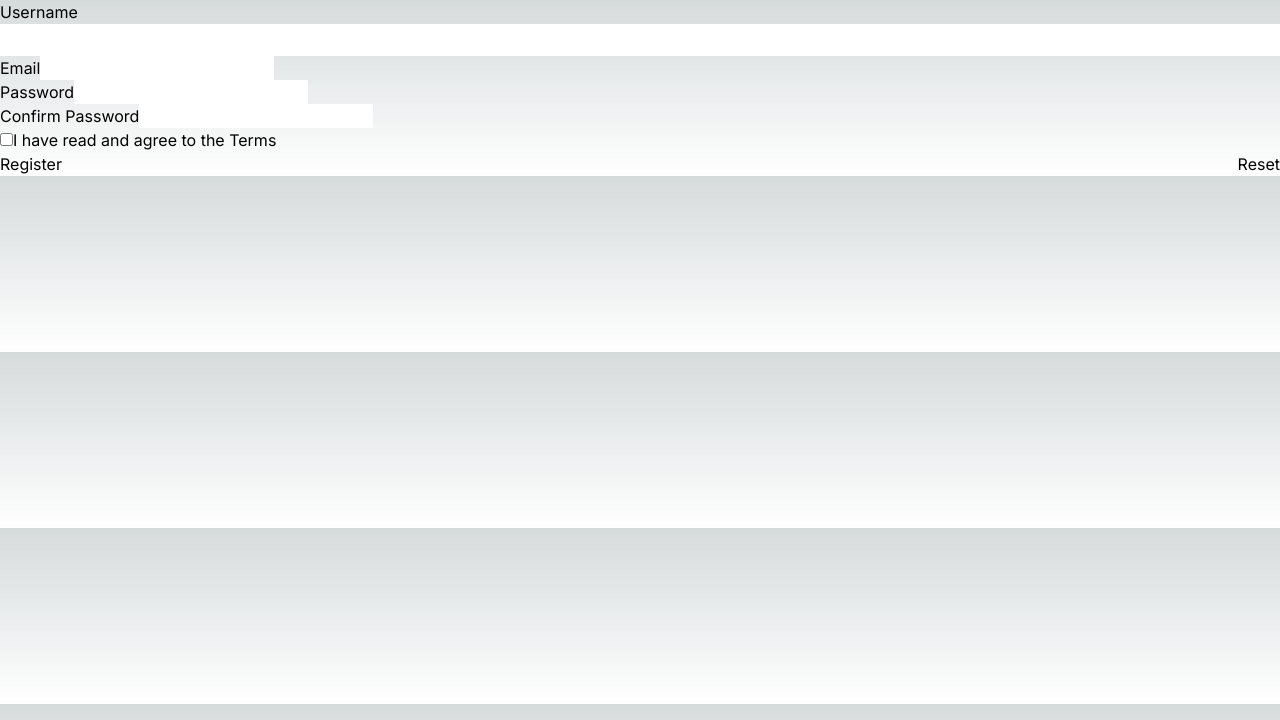
Repository: uh-sman/tiktok-card
Page: /
An editor plug-in stored every save of this project. The page is shown before and after the next save, followed by the edit.
The browser window is 1280 px wide. The pictures show the whole page.
The project was rebuilt for these pictures with package versions that can differ from the ones it lists, and the page was loaded fresh each time. The framework's server and built-in components were replaced by stand-ins that run in the browser. Also part of the build but not shown: next.config.js.

Above is the page before, as saved 2023-12-19 13:45:15.

### app/page.tsx
'use client'
// import Input from "./components/Input";
import { FieldValues, SubmitHandler, useForm } from "react-hook-form";
import AuthForm from "./components/AuthForm";
type FormValues = {
  name: string,
      email: string,
      password: string,
      confirmPassword: string,
      DateOfBirth: string,
      Bio: string,
      gender: string,
      termsAndConditions: string
}

export default function Home() {
  return (
    <div>
      <AuthForm />
    </div>
  )
}



{/* <form class="max-w-sm mx-auto">
  <div class="mb-5">
    <label for="email" class="block mb-2 text-sm font-medium text-gray-900 dark:text-white">Your email</label>
    <input type="email" id="email" class="bg-gray-50 border border-gray-300 text-gray-900 text-sm rounded-lg focus:ring-blue-500 focus:border-blue-500 block w-full p-2.5 dark:bg-gray-700 dark:border-gray-600 dark:placeholder-gray-400 dark:text-white dark:focus:ring-blue-500 dark:focus:border-blue-500" placeholder="name@flowbite.com" required>
  </div>
  <div class="mb-5">
    <label for="password" class="block mb-2 text-sm font-medium text-gray-900 dark:text-white">Your password</label>
    <input type="password" id="password" class="bg-gray-50 border border-gray-300 text-gray-900 text-sm rounded-lg focus:ring-blue-500 focus:border-blue-500 block w-full p-2.5 dark:bg-gray-700 dark:border-gray-600 dark:placeholder-gray-400 dark:text-white dark:focus:ring-blue-500 dark:focus:border-blue-500" required>
  </div>
  <div class="flex items-start mb-5">
    <div class="flex items-center h-5">
      <input id="remember" type="checkbox" value="" class="w-4 h-4 border border-gray-300 rounded bg-gray-50 focus:ring-3 focus:ring-blue-300 dark:bg-gray-700 dark:border-gray-600 dark:focus:ring-blue-600 dark:ring-offset-gray-800 dark:focus:ring-offset-gray-800" required>
    </div>
    <label for="remember" class="ms-2 text-sm font-medium text-gray-900 dark:text-gray-300">Remember me</label>
  </div>
  <button type="submit" class="text-white bg-blue-700 hover:bg-blue-800 focus:ring-4 focus:outline-none focus:ring-blue-300 font-medium rounded-lg text-sm w-full sm:w-auto px-5 py-2.5 text-center dark:bg-blue-600 dark:hover:bg-blue-700 dark:focus:ring-blue-800">Submit</button>
</form> */}

### app/components/AuthForm.tsx
import React from "react";
import { useForm } from "react-hook-form";

type UserSubmitForm = {
    // fullname: string;
    username: string;
    email: string;
    password: string;
    confirmPassword: string;
    acceptTerms: boolean;
  };
const AuthForm: React.FC = () => {
    const {register,handleSubmit} = useForm<UserSubmitForm>()
    const onSubmit = (data: UserSubmitForm) => {}
    return (
        <div className="register-form">
        <form onSubmit={handleSubmit(onSubmit)}>
          <div className="flex flex-col">
            <label>Username</label>
            <input
            className="px-2 py-1"
              type="text"
              {...register('username')}
            //   className={`form-control ${errors.username ? 'is-invalid' : ''}`}
            />
            <div className="invalid-feedback">
                {/* {errors.username?.message} */}
                </div>
          </div>

          <div className="form-group">
            <label>Email</label>
            <input
              type="text"
              {...register('email')}
            //   className=
            //   {`form-control ${errors.email ? 'is-invalid' : ''}`}
            />
            <div className="invalid-feedback">
                {/* {errors.email?.message} */}
                </div>
          </div>

          <div className="form-group">
            <label>Password</label>
            <input
              type="password"
              {...register('password')}
            //   className={`form-control ${errors.password ? 'is-invalid' : ''}`}
            />
            <div className="invalid-feedback">
                {/* {errors.password?.message} */}
                </div>
          </div>
          <div className="form-group">
            <label>Confirm Password</label>
            <input
              type="password"
              {...register('confirmPassword')}
            //   className={`form-control ${
            //     errors.confirmPassword ? 'is-invalid' : ''
            //   }`}
            />
            <div className="invalid-feedback">
              {/* {errors.confirmPassword?.message} */}
            </div>
          </div>

          <div className="form-group form-check">
            <input
              type="checkbox"
              {...register('acceptTerms')}
            //   className={`form-check-input ${
            //     errors.acceptTerms ? 'is-invalid' : ''
            //   }`}
            />
            <label htmlFor="acceptTerms" className="form-check-label">
              I have read and agree to the Terms
            </label>
            <div className="invalid-feedback">
                {/* {errors.acceptTerms?.message} */}
                </div>
          </div>

          <div className="form-group">
            <button type="submit" className="btn btn-primary">
              Register
            </button>
            <button
              type="button"
            //   onClick={() => reset()}
              className="btn btn-warning float-right"
            >
              Reset
            </button>
          </div>
        </form>
      </div>
    )
}

export default AuthForm;

Loaded but not shown: app/layout.tsx (common file); app/globals.css (common file); tailwind.config.ts (common file)

After the next save:
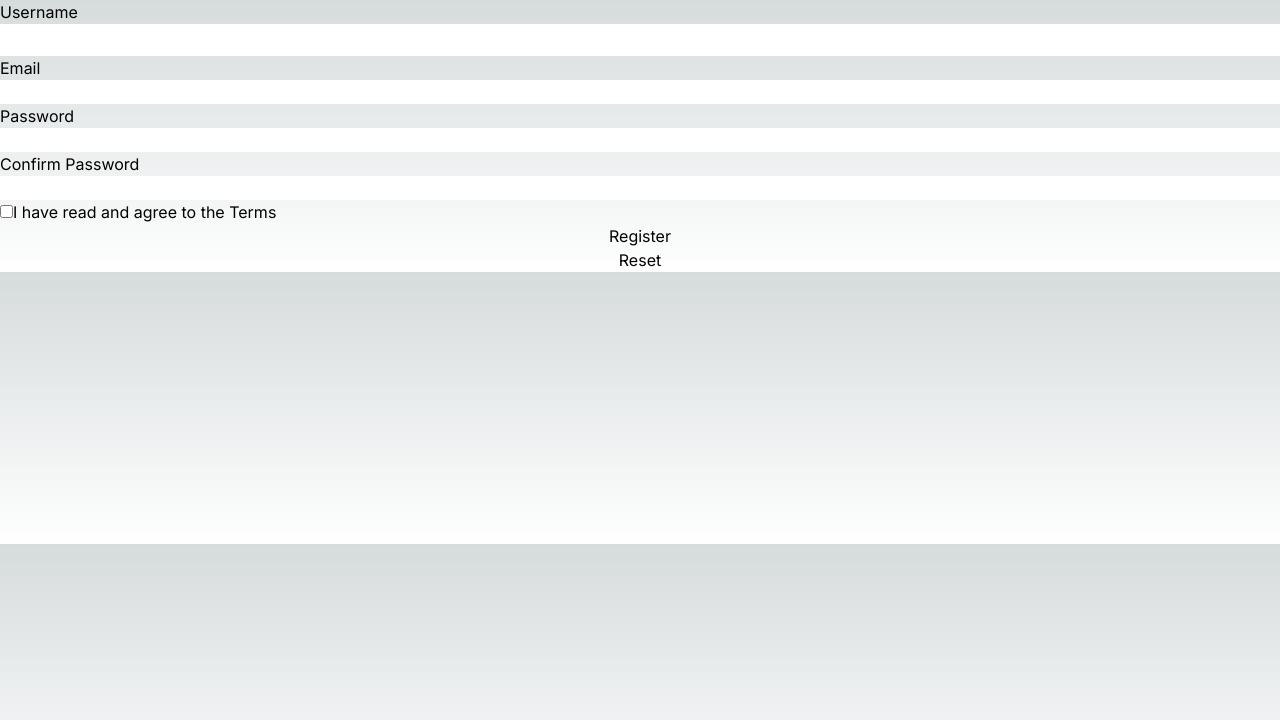
Saved 25 s later.
--- a/app/components/AuthForm.tsx
+++ b/app/components/AuthForm.tsx
@@ -28,7 +28,7 @@ const AuthForm: React.FC = () => {
                 </div>
           </div>
 
-          <div className="form-group">
+          <div className="flex flex-col">
             <label>Email</label>
             <input
               type="text"
@@ -41,7 +41,7 @@ const AuthForm: React.FC = () => {
                 </div>
           </div>
 
-          <div className="form-group">
+          <div className="flex flex-col">
             <label>Password</label>
             <input
               type="password"
@@ -52,7 +52,7 @@ const AuthForm: React.FC = () => {
                 {/* {errors.password?.message} */}
                 </div>
           </div>
-          <div className="form-group">
+          <div className="flex flex-col">
             <label>Confirm Password</label>
             <input
               type="password"
@@ -82,7 +82,7 @@ const AuthForm: React.FC = () => {
                 </div>
           </div>
 
-          <div className="form-group">
+          <div className="flex flex-col">
             <button type="submit" className="btn btn-primary">
               Register
             </button>
